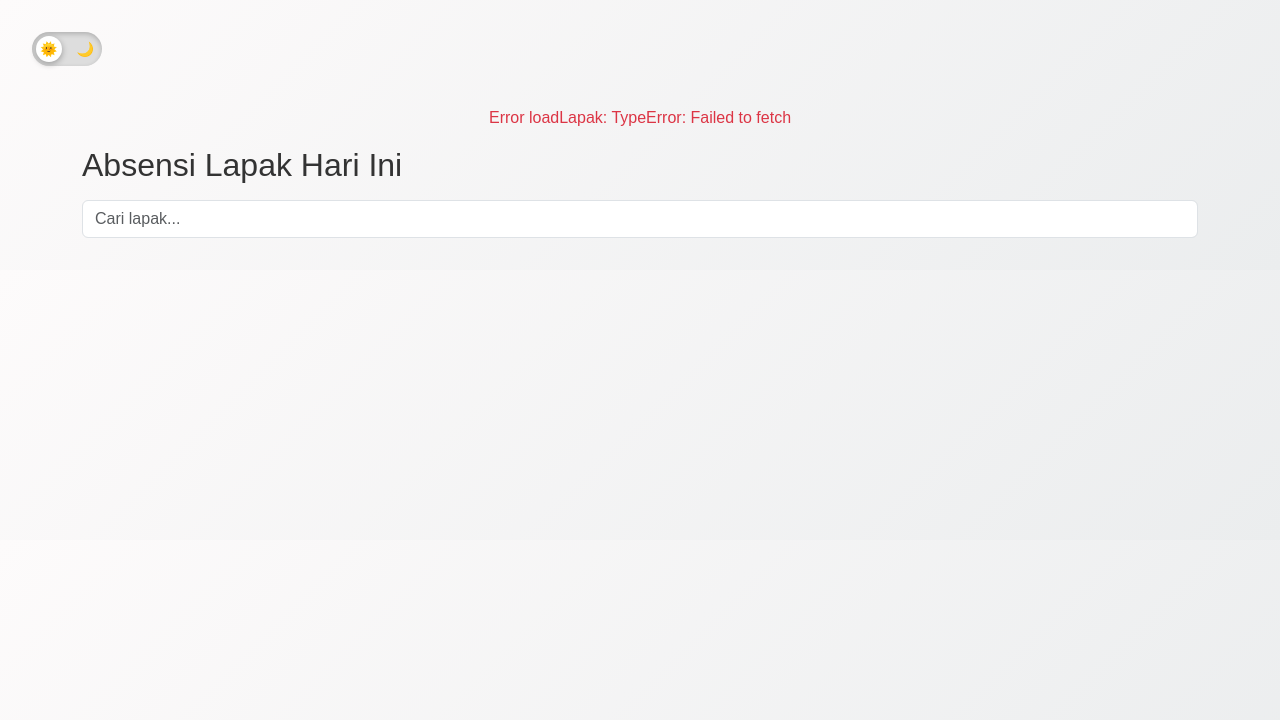
Repository: pasarrakyatbak/absensi
Page: index.html
The author's editor kept a copy of each file at every save. The page is drawn from the files as they stood at one save, then again after the next save.
The browser window is 1280 px wide. The pictures show the whole page.
The page's requests for data from a server got no answer.

Above is the page before, as saved 2025-09-22 00:56:30.

After the next save:
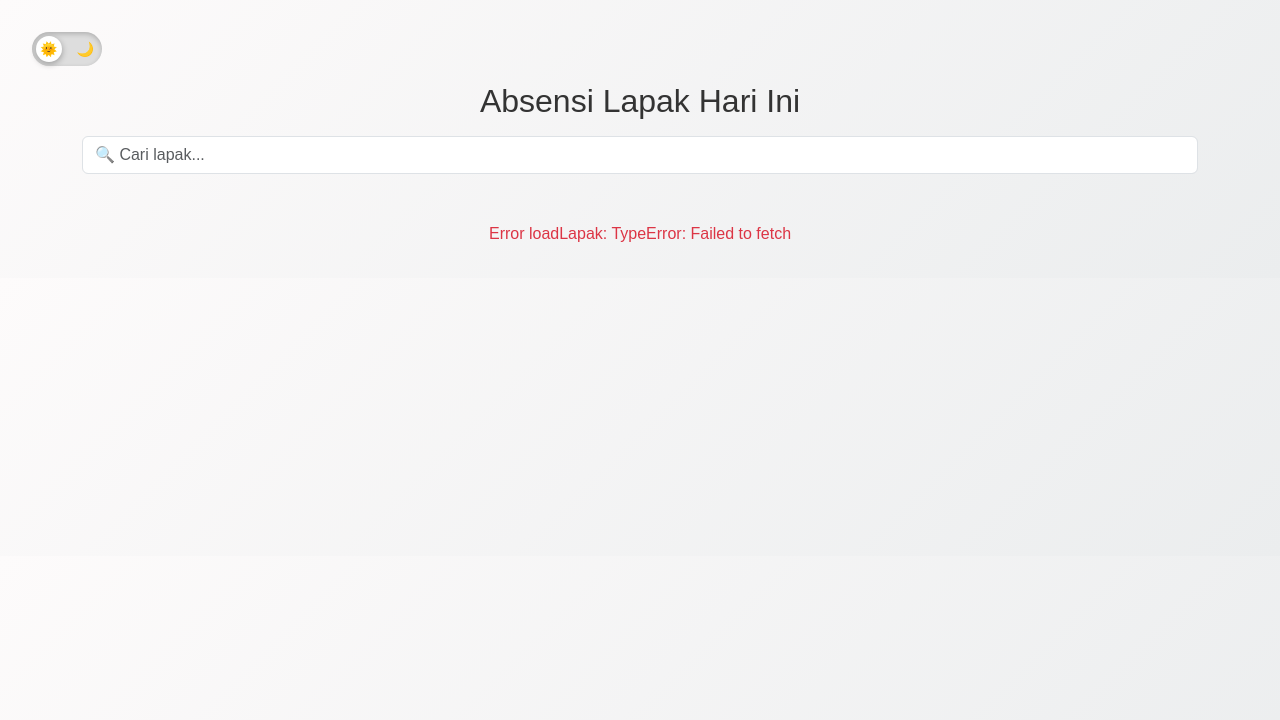
Saved 70 s later.
--- a/index.html
+++ b/index.html
@@ -10,7 +10,8 @@
 </head>
 
 <body class="p-3">
-    <div class="dark-toggle">
+    <!-- Toggle Dark Mode -->
+    <div class="dark-toggle mb-3">
         <input type="checkbox" id="darkSwitch">
         <label for="darkSwitch" class="toggle-label">
             <span class="toggle-icon">🌞</span>
@@ -19,12 +20,15 @@
         </label>
     </div>
 
-    <div id="lapakSummary" class="summary-cards mb-4"></div>
-    <div class="row" id="lapakContainer"></div>
+    <div class="container">
+        <!-- Judul & Search -->
+        <h2 class="mb-3 text-center">Absensi Lapak Hari Ini</h2>
+        <input type="text" id="searchInput" class="form-control mb-4" placeholder="🔍 Cari lapak...">
 
-    <div class="container">
-        <h2 class="mb-3">Absensi Lapak Hari Ini</h2>
-        <input type="text" id="searchInput" class="form-control mb-3" placeholder="Cari lapak...">
+        <!-- Ringkasan -->
+        <div id="lapakSummary" class="summary-cards mb-4"></div>
+
+        <!-- Daftar Lapak -->
         <div class="row" id="lapakContainer"></div>
     </div>
 
